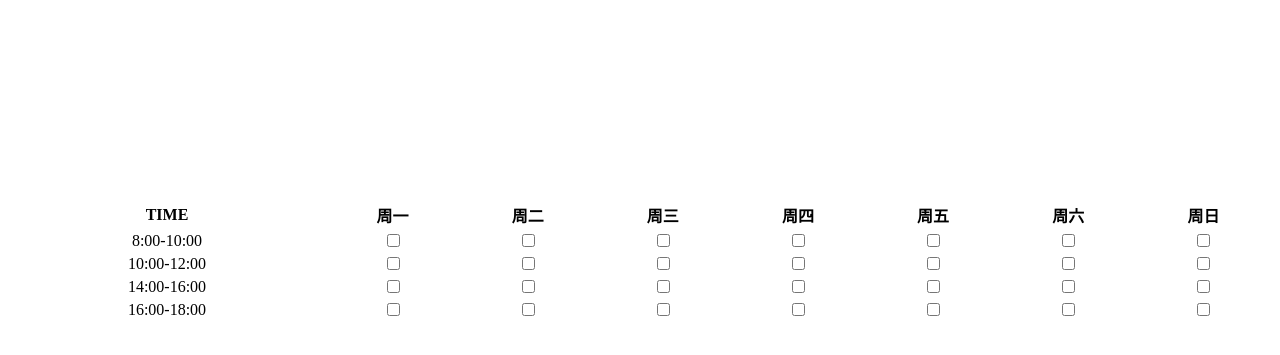
Repository: vagrantgrapefruit/JAVA
Page: http://localhost/MeetRoomManage/SpaceTime.jsp
The author's editor kept a copy of each file at every save. The page is drawn from the files as they stood at one save, then again after the next save.
The browser window is 1280 px wide. The pictures show the whole page.
The page is served by Tomcat 9. Other server files are loaded and not shown.

Above is the page before, as saved 2017-12-28 12:49:16.

### MeetRoomManage/WebRoot/SpaceTime.jsp
<%@ page language="java" import="java.util.*" pageEncoding="utf-8"%>
<%
String path = request.getContextPath();
String basePath = request.getScheme()+"://"+request.getServerName()+":"+request.getServerPort()+path+"/";
%>

<!DOCTYPE HTML PUBLIC "-//W3C//DTD HTML 4.01 Transitional//EN">
<html>
  <head>
    <base href="<%=basePath%>">

    <title>My JSP 'SpaceTime.jsp' starting page</title>

	<meta http-equiv="pragma" content="no-cache">
	<meta http-equiv="cache-control" content="no-cache">
	<meta http-equiv="expires" content="0">
	<meta http-equiv="keywords" content="keyword1,keyword2,keyword3">
	<meta http-equiv="description" content="This is my page">
	<!--
	<link rel="stylesheet" type="text/css" href="styles.css">
	-->

  </head>

  <body>

	  <div style=" margin: 200px 200px 200px 0px; width:100%; text-align:center">
	  	<table style=" margin: 200px 200px 200px 0px; width:100%; text-align:center">
	  		<tr>
	  			<th>TIME</th> <th>周一</th> <th>周二</th> <th>周三</th> <th>周四</th> <th>周五</th> <th>周六</th> <th>周日</th>
	  		</tr>
	  		<tr>
	  			<td>8:00-10:00</td> <td><input type="checkbox" value="1"/></td> <td><input type="checkbox" value="5"/></td> <td><input type="checkbox" value="9"/></td> <td><input type="checkbox" value="13"/></td> <td><input type="checkbox" value="17"/></td> <td><input type="checkbox" value="21"/></td> <td><input type="checkbox" value="25"/></td>
	  		</tr>
	  		<tr>
	  			<td>10:00-12:00</td> <td><input type="checkbox" value="2"/></td> <td><input type="checkbox" value="6"/></td> <td><input type="checkbox" value="10"/></td> <td><input type="checkbox" value="14"/></td> <td><input type="checkbox" value="18"/></td> <td><input type="checkbox" value="22"/></td> <td><input type="checkbox" value="26"/></td>
	  		</tr>
	  		<tr>
	  			<td>14:00-16:00</td> <td><input type="checkbox" value="3"/></td> <td><input type="checkbox" value="7"/></td> <td><input type="checkbox" value="11"/></td> <td><input type="checkbox" value="15"/></td> <td><input type="checkbox" value="19"/></td> <td><input type="checkbox" value="23"/></td> <td><input type="checkbox" value="27"/></td>
	  		</tr>
	  		<tr>
	  			<td>16:00-18:00</td> <td><input type="checkbox" value="4"/></td> <td><input type="checkbox" value="8"/></td> <td><input type="checkbox" value="12"/></td> <td><input type="checkbox" value="16"/></td> <td><input type="checkbox" value="20"/></td> <td><input type="checkbox" value="24"/></td> <td><input type="checkbox" value="28"/></td>
	  		</tr>
	  	</table>
	  </div>
  </body>
</html>

After the next save:
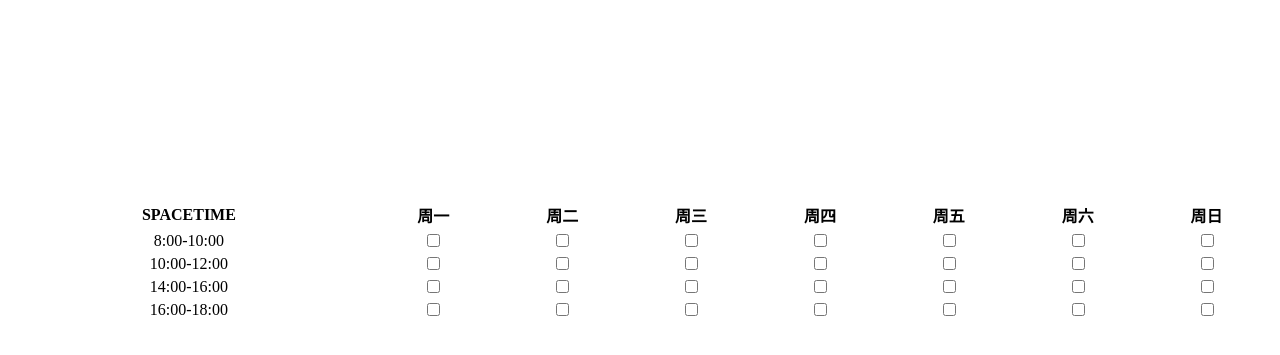
Saved 43 s later.
--- a/MeetRoomManage/WebRoot/SpaceTime.jsp
+++ b/MeetRoomManage/WebRoot/SpaceTime.jsp
@@ -25,9 +25,9 @@ String basePath = request.getScheme()+"://"+request.getServerName()+":"+request.
   <body>
 
 	  <div style=" margin: 200px 200px 200px 0px; width:100%; text-align:center">
-	  	<table style=" margin: 200px 200px 200px 0px; width:100%; text-align:center">
+	  	<table style=" margin: 200px 200px 200px 0px; width:100%; text-align:center" borde="1">
 	  		<tr>
-	  			<th>TIME</th> <th>周一</th> <th>周二</th> <th>周三</th> <th>周四</th> <th>周五</th> <th>周六</th> <th>周日</th>
+	  			<th>SPACETIME</th> <th>周一</th> <th>周二</th> <th>周三</th> <th>周四</th> <th>周五</th> <th>周六</th> <th>周日</th>
 	  		</tr>
 	  		<tr>
 	  			<td>8:00-10:00</td> <td><input type="checkbox" value="1"/></td> <td><input type="checkbox" value="5"/></td> <td><input type="checkbox" value="9"/></td> <td><input type="checkbox" value="13"/></td> <td><input type="checkbox" value="17"/></td> <td><input type="checkbox" value="21"/></td> <td><input type="checkbox" value="25"/></td>
